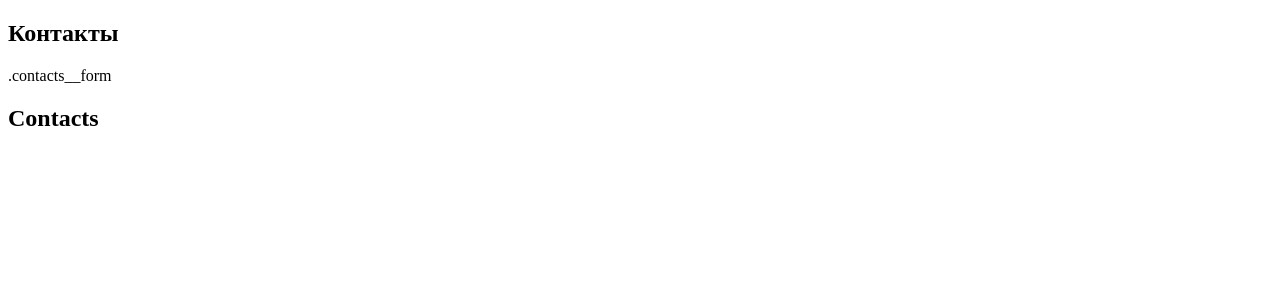
Repository: Azimich/Cleaning_
Page: src/pages/MainPage/contacts/contacts.html
These files come from the project's save history. The page is drawn as it stood at one moment and after the next save; the edit follows.
The browser window is 1280 px wide. The pictures show the whole page.

Above is the page before, as saved 2022-10-11 20:42:16.

After the next save:
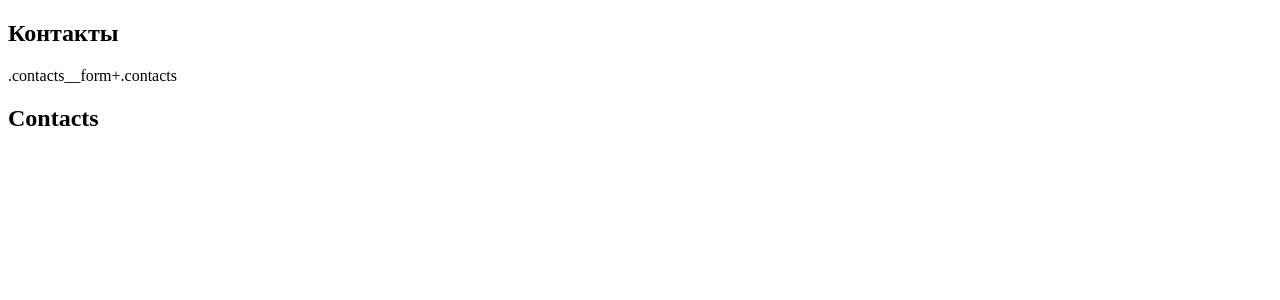
Saved 5 s later.
--- a/src/pages/MainPage/contacts/contacts.html
+++ b/src/pages/MainPage/contacts/contacts.html
@@ -8,7 +8,7 @@
         <span class="right__line"></span>
       </div>
       <div class="contacts__items">
-        .contacts__form
+        .contacts__form+.contacts
       </div>
     </div>
   </div>
